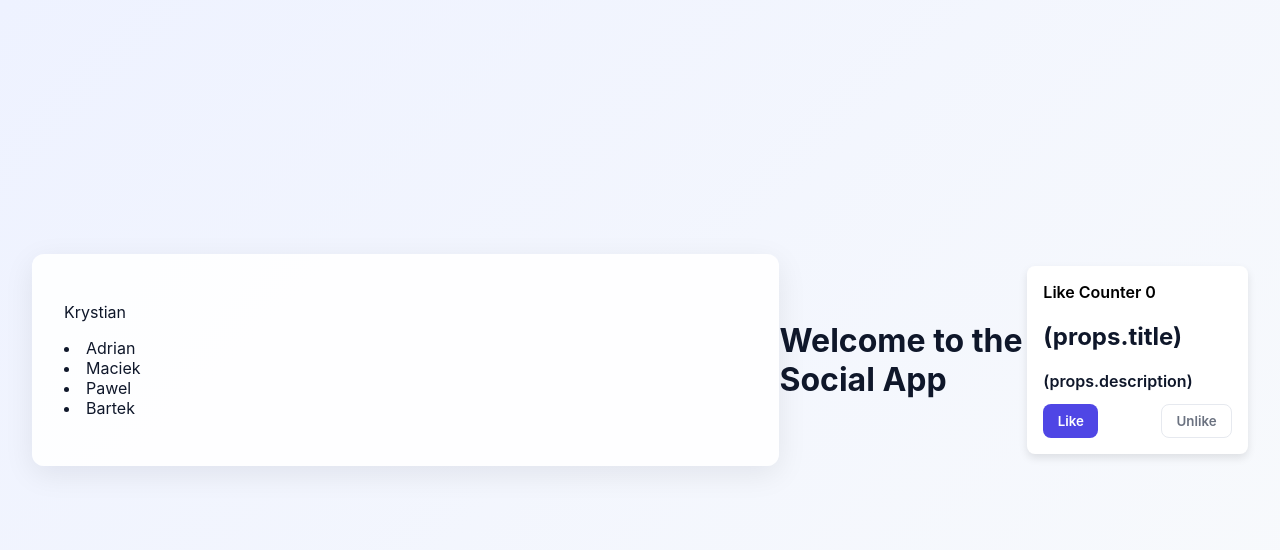
Repository: KrystianTrzy/reactapt
Page: /
An editor plug-in stored every save of this project. The page is shown before and after the next save, followed by the edit.
The browser window is 1280 px wide. The pictures show the whole page.
The project was rebuilt for these pictures with package versions that can differ from the ones it lists, and the page was loaded fresh each time.

Above is the page before, as saved 2025-11-22 09:28:14.

### src/index.js
import React from 'react';
import ReactDOM from 'react-dom/client';
import './index.css';
import App from './components/App/App';
import LikeCounter from './components/App/LikeCounter/LikeCounter';

const root = ReactDOM.createRoot(document.getElementById('root'));
root.render(
  <React.StrictMode>
      <App />
      <h1>Welcome to the Social App</h1>
      <LikeCounter />
      <div>

    </div>
  </React.StrictMode>
);

// If you want to start measuring performance in your app, pass a function
// to log results (for example: reportWebVitals(console.log))
// or send to an analytics endpoint. Learn more: https://bit.ly/CRA-vitals

### src/index.css
:root {
	--bg: #f6f8ff;
	--card: #ffffff;
	--accent: #4f46e5;
	--muted: #6b7280;
	--radius: 12px;
}

* {
	box-sizing: border-box;
}

html, body, #root {
	height: 100%;
}

body {
	margin: 0;
	font-family: Inter, system-ui, -apple-system, 'Segoe UI', Roboto, 'Helvetica Neue', Arial;
	background: linear-gradient(135deg, #eef2ff 0%, #f8fafc 100%);
	color: #0f172a;
	-webkit-font-smoothing: antialiased;
	-moz-osx-font-smoothing: grayscale;
}

#root {
	display: flex;
	align-items: center;
	justify-content: center;
	padding: 2rem;
}

.App {
	width: 100%;
	max-width: 920px;
	background: rgba(255,255,255,0.9);
	border-radius: var(--radius);
	box-shadow: 0 8px 30px rgba(2,6,23,0.08);
	padding: 2rem;
}

ul {
	padding-left: 1.1rem;
}

button {
	font-family: inherit;
}

### src/components/App/App.js
import LikeCounter from './LikeCounter/LikeCounter';

function App() {
  const name = "Krystian";
  const names =['Adrian', 'Maciek', 'Pawel', 'Bartek'];
  return (
    <>
      <div className="App">
          <p>
            {name.length > 4 ? name : 'Hello firends'}
          </p>
          <p> {names.map((name) => <li key={name}>{name}</li>) }</p>
      </div>
    </>
  );
}

export default App;

### src/components/App/LikeCounter/LikeCounter.js
import React, { useState } from 'react'
import './LikeCounter.css'

function LikeCounter() {
    const [likes, setLikes] = useState(0);
    const handleLike = () => {
        setLikes(likes + 1);
    };

    const handleUnlike = () => {
        if (likes > 0) {
            setLikes(likes - 1);
        }
    };

    return (
        <div className="post">
            <p style={{ color: likes > 0 ? 'blue' : 'black' }}>Like Counter {likes}</p>
            <h2>(props.title)</h2>
            <p>(props.description)</p>
            <div className="actions">
                <button onClick={handleLike}>Like</button>
                <button onClick={handleUnlike}>Unlike</button>
            </div>
        </div>
    )
}

export default LikeCounter;

### src/components/App/LikeCounter/LikeCounter.css
.post {
    box-shadow: 0 4px 8px rgba(0, 0, 0, 0.1);
    padding: 1rem;
    width: 350px;
    border-radius: 0.5rem;
}

.actions {
    display: flex;
    flex-direction: row;
    justify-content: space-between;
}

.post {
    background: var(--card);
    margin: 1rem auto;
    color: #0f172a;
}

.post p {
    margin: 0 0 0.8rem 0;
    font-weight: 600;
}

.actions button {
    padding: 0.5rem 0.9rem;
    border-radius: 8px;
    border: none;
    cursor: pointer;
    font-weight: 600;
}

.actions button:first-child {
    background: var(--accent);
    color: white;
}

.actions button:last-child {
    background: transparent;
    color: var(--muted);
    border: 1px solid #e6e9ef;
}

.actions button:hover {
    transform: translateY(-1px);
}

Loaded but not shown: public/index.html (common file)

After the next save:
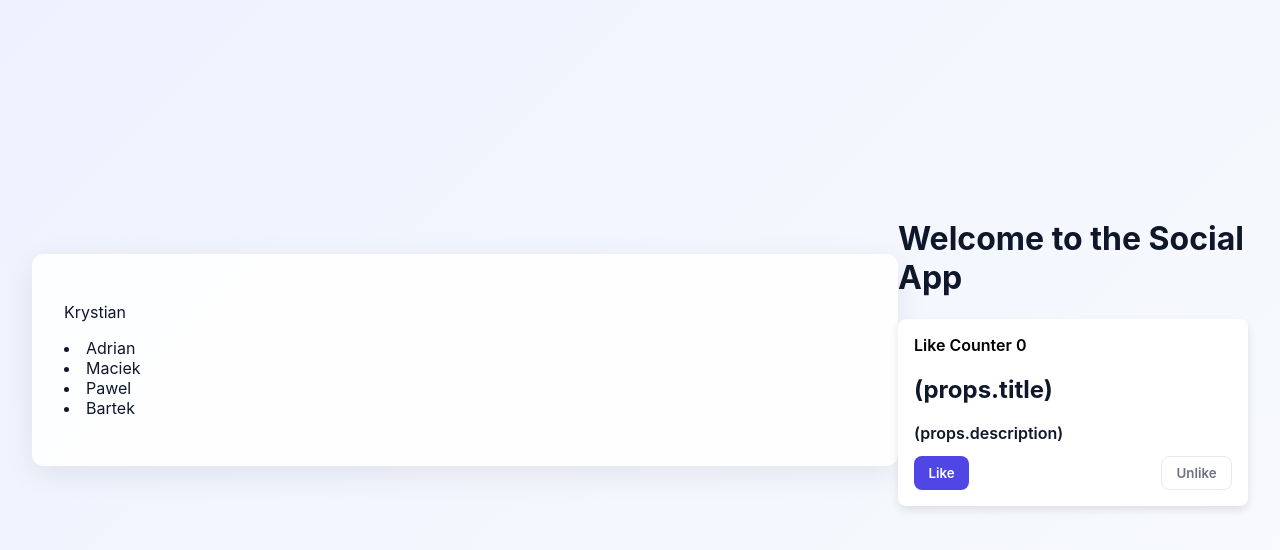
Saved 17 s later.
--- a/src/index.js
+++ b/src/index.js
@@ -8,9 +8,10 @@ const root = ReactDOM.createRoot(document.getElementById('root'));
 root.render(
   <React.StrictMode>
       <App />
+      <div>
       <h1>Welcome to the Social App</h1>
       <LikeCounter />
-      <div>
+
 
     </div>
   </React.StrictMode>
